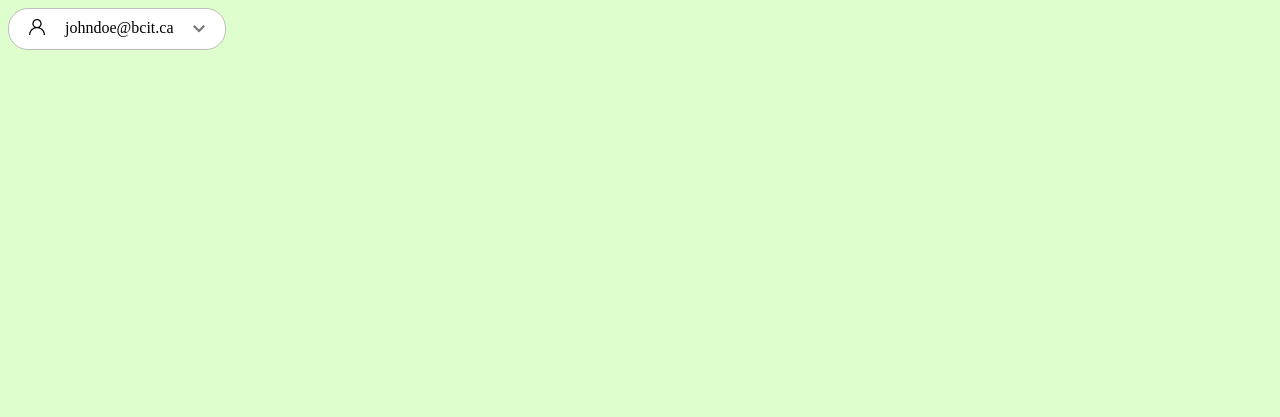
Repository: yafugray/practicemdia3126
Page: /
The author's editor kept a copy of each file at every save. The page is drawn from the files as they stood at one save, then again after the next save.
The browser window is 1280 px wide. The pictures show the whole page.
The project was rebuilt for these pictures with package versions that can differ from the ones it lists, and the page was loaded fresh each time. The framework's server and built-in components were replaced by stand-ins that run in the browser.

Above is the page before, as saved 2020-12-18 23:40:58.

After the next save:
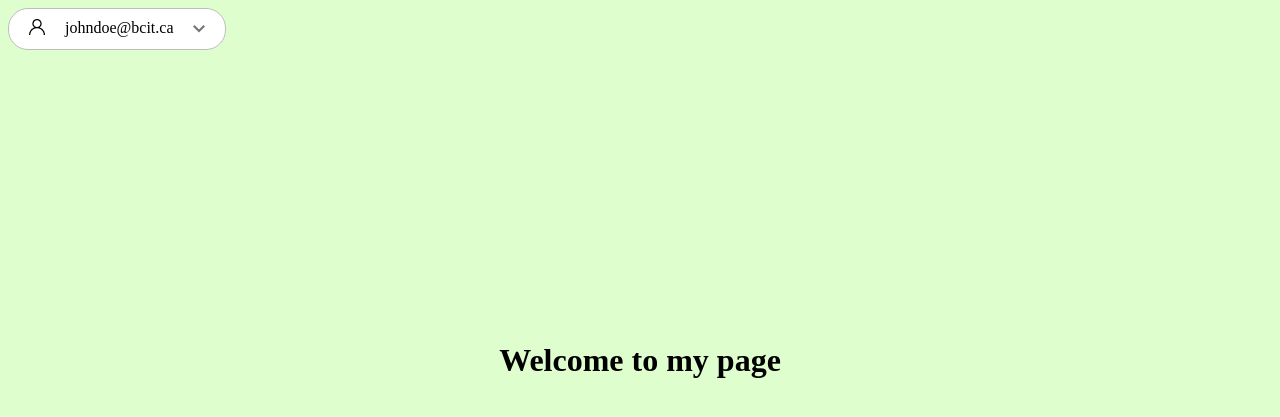
Saved 12 s later.
--- a/pages/index.js
+++ b/pages/index.js
@@ -7,6 +7,7 @@ export default function Home() {
 
     <div className="content">
       <Content >
+        <h1>Welcome to my page</h1>
       </Content>
     </div>
 
